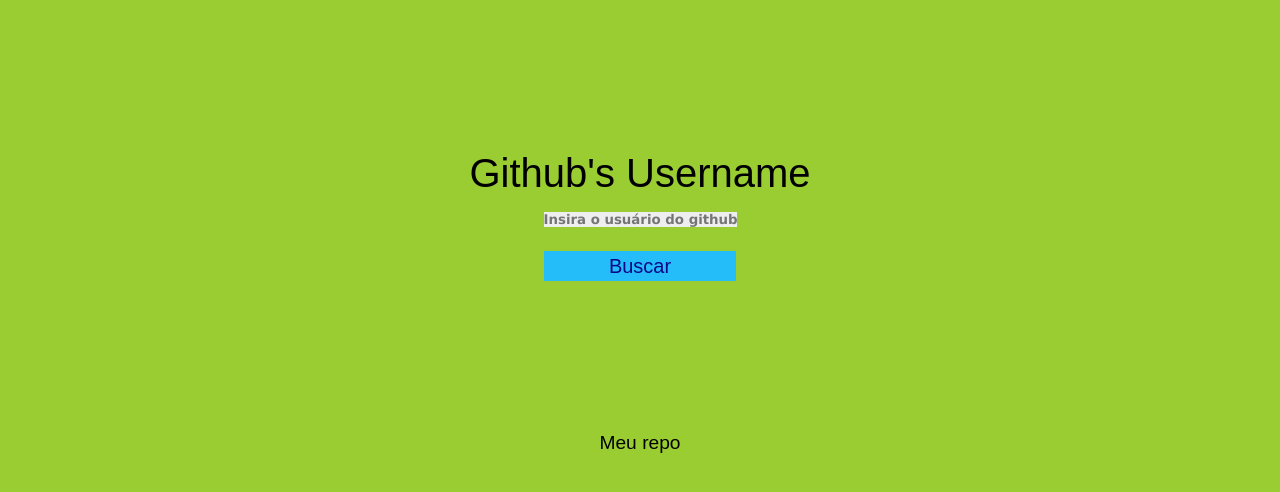
Repository: Orifiel/teste
Page: desafioMod4/desafioJavascritpt0402.html
The author's editor kept a copy of each file at every save. The page is drawn from the files as they stood at one save, then again after the next save.
The browser window is 1280 px wide. The pictures show the whole page.
Some web fonts or font styles are not loaded; a fallback is used.

Above is the page before, as saved 2020-08-24 13:55:52.

### desafioMod4/desafioJavascritpt0402.html
<!DOCTYPE html>
<html lang="en">
<head>
    <meta charset="UTF-8">
    <meta name="viewport" content="width=device-width, initial-scale=1.0">
    <title>Document</title>
</head>
<style>
    @import url('https://fonts.googleapis.com/css2?family=Do+Hyeon&display=swap');
    *{
        padding: 0;
        margin: 0;
        box-sizing: border-box;
    }
    body{
        background: yellowgreen;
    }
   .container {
        display: flex;

        flex-direction: column;
        width: 70vw;
        height: 60vh;
        justify-content: center;
        align-items: center;
        margin: 0 auto;
    }
    label{
        font-size: 2.5rem;
        font-family: 'Do Hyeon', sans-serif;
    }
    input {

        outline: none;
        width: 10rem
        padding: 8px 14px;
        border: none;
        background: rgb(238, 238, 238);
        color: rgb(0, 0, 0);
        font-family: Verdana, Geneva, Tahoma, sans-serif;
        font-weight: 700;
        text-align: center;
        margin-top: 1rem;

    }

    button {
        width: 12rem;
        height: 30px;
        background: rgb(36, 189, 250);
        border: none;
        font-family: 'Do Hyeon', sans-serif;
        font-size: 20px;
        color: rgb(9, 7, 136);
        outline: none;
        transition: 0.3s;
        margin-top: 1.5rem;
    }
    button:hover{
        background:rgb(9, 7, 136);
        color:rgb(36, 189, 250);
        width: 13rem;
        }

    .repo-container{
        display: flex;
        flex-direction: column;
        width: 70vw;
        justify-content: center;
        align-items: center;
        margin: 0 auto;
    }

    ul .repose{
        font-size: 1.2rem;
        font-family: 'Do Hyeon', sans-serif;
        list-style: none;

    }

</style>
<body>
    <div class="container">
        <label for="username">Github's Username</label>
        <input type="text" name="username" id="username" placeholder="Insira o usuário do github" required>
        <button onclick=''>Buscar</button>
    </div>
    <div class="repo-container">
        <ul class="respositorys">

            <li class="repose">Meu repo</li>

        </ul>
    </div>
 <script src="https://unpkg.com/axios/dist/axios.min.js"></script>
 <script src="./desafioJavascritpt0402.js"></script>
</body>
</html>

### desafioMod4/desafioJavascritpt0402.js
/**
 * 2º exercício
Crie uma tela com um <input> que deve receber o nome de um usuário no Github. Após digitar o
nome do usuário e clicar no botão buscar a aplicação deve buscar pela API do Github (conforme
URL abaixo) os dados de repositórios do usuário e mostrá-los em tela:
URL de exemplo: https://api.github.com/users/diego3g/repos
Basta alterar "diego3g" pelo nome do usuário.
<input type="text" name="user">
<button onclick="">Adicionar</button>
Depois de preencher o input e adicionar, a seguinte lista deve aparecer abaixo:
<ul>
 <li>repo1</li>
 <li>repo2</li>
 <li>repo3</li>
 <li>repo4</li>
 <li>repo5</li>
</ul>

 */

function searchUserInGithub(){
    const inputUser = document.querySelector('#username')
    const listReposit = document.createElement('li')
    listReposit.classList.add('repose')
    const username = inputUser.nodeValue

    axios.get(`https://api.github.com/users/${username}/repos`)
    .then(function(response){
        documento
    })
    .catch(function(error){
        console.log(error)
    })
}

After the next save:
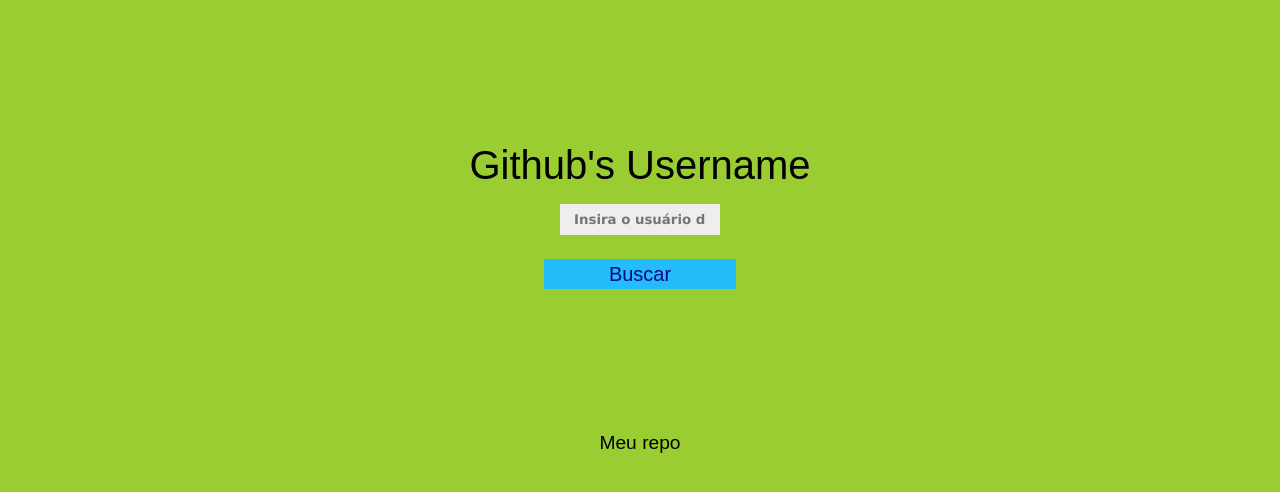
Saved 11 s later.
--- a/desafioMod4/desafioJavascritpt0402.html
+++ b/desafioMod4/desafioJavascritpt0402.html
@@ -32,7 +32,7 @@
     input {
 
         outline: none;
-        width: 10rem
+        width: 10rem;
         padding: 8px 14px;
         border: none;
         background: rgb(238, 238, 238);
